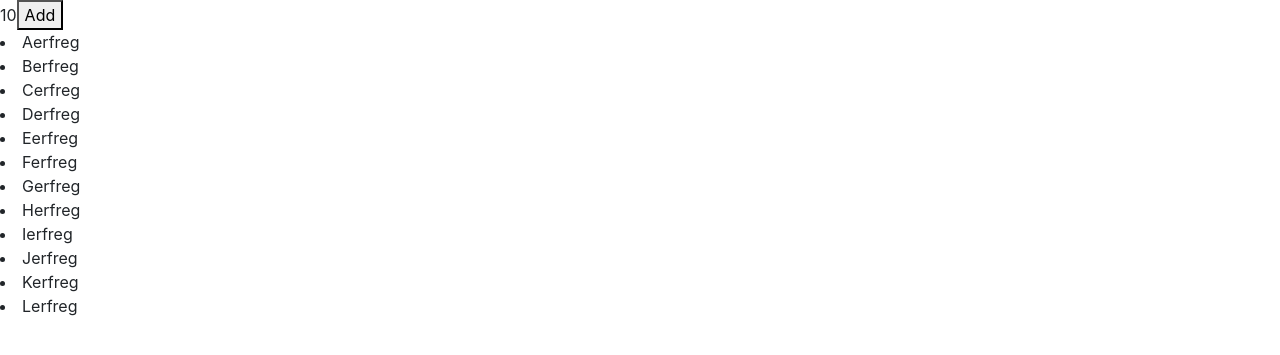
Repository: striver-69/courses
Page: /
The author's editor kept a copy of each file at every save. The page is drawn from the files as they stood at one save, then again after the next save.
The browser window is 1280 px wide. The pictures show the whole page.
The project was rebuilt for these pictures with package versions that can differ from the ones it lists, and the page was loaded fresh each time.

Above is the page before, as saved 2021-04-08 05:29:19.

### src/App.js
import React, { Component } from 'react'
import Dropdown from './Dropdown'

export class App extends Component {
  render() {
    return (
      <div>
        <Dropdown/>
      </div>
    )
  }
}

export default App

### src/Dropdown.js
import React, { Component } from 'react'

let courses=[
  {id:1,name:'Aerfreg'},{id:2,name:'Berfreg'},{id:3,name:'Cerfreg'},{id:4,name:'Derfreg'},{id:5,name:'Eerfreg'},{id:6,name:'Ferfreg'},{id:7,name:'Gerfreg'},{id:8,name:'Herfreg'},{id:9,name:'Ierfreg'},{id:10,name:'Jerfreg'},{id:11,name:'Kerfreg'},{id:12,name:'Lerfreg'},
]

export class Dropdown extends Component {
  constructor(props)
  {
    super(props)
    this.state={count:10,courses:[]}
  }

  componentDidMount(){
    this.setState({
      courses:courses
    })
  }
  render() {
    const handleClick=(val)=>{
      this.setState({
        count:this.state.count+val
      })
    }
    return (
      <div>
        {this.state.count}
        <button onClick={()=>handleClick(10)}>Add</button>
        {
          this.state.courses.map((course)=>{
            return <li key={course.id}>{course.name}</li>
          })
        }
      </div>
    )
  }
}

export default Dropdown

Loaded but not shown: public/index.html (common file); src/index.js (common file); src/index.css (common file); src/reportWebVitals.js (common file)

After the next save:
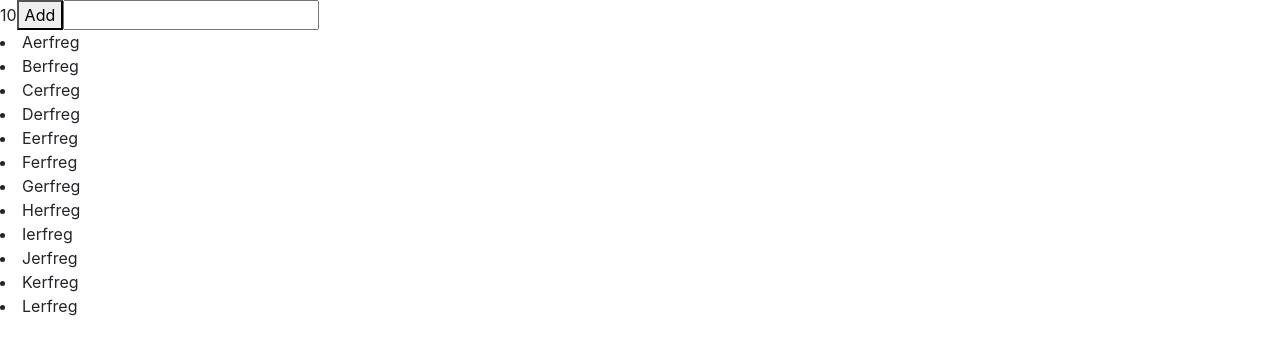
Saved 2 min 36 s later.
--- a/src/Dropdown.js
+++ b/src/Dropdown.js
@@ -8,7 +8,7 @@ export class Dropdown extends Component {
   constructor(props)
   {
     super(props)
-    this.state={count:10,courses:[]}
+    this.state={count:10,courses:[],search:''}
   }
 
   componentDidMount(){
@@ -26,6 +26,7 @@ export class Dropdown extends Component {
       <div>
         {this.state.count}
         <button onClick={()=>handleClick(10)}>Add</button>
+        <input type="text" value={this.state.search} onChange={(e)=>this.setState({search:e.target.value})}/>
         {
           this.state.courses.map((course)=>{
             return <li key={course.id}>{course.name}</li>
